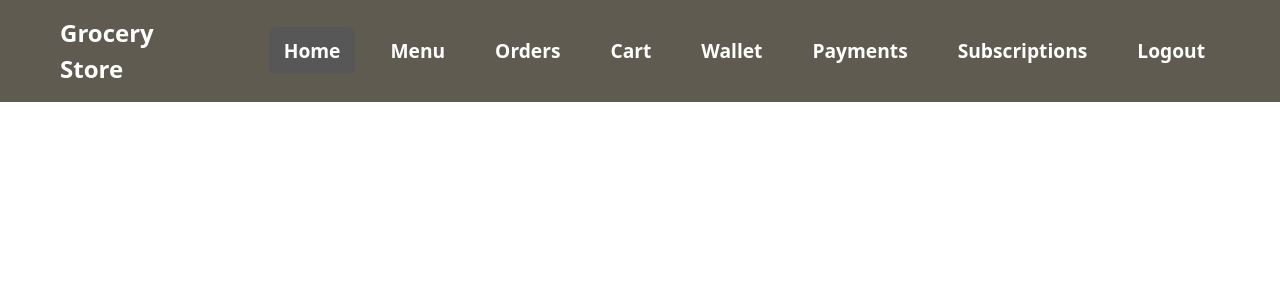
Repository: NagaMounikaY/GroceriesSubscriptionBookingManagement
Page: http://localhost/GroceriesSubBookingSystem/customerHeader.jsp
An editor plug-in stored every save of this project. The page is shown before and after the next save, followed by the edit.
The browser window is 1280 px wide. The pictures show the whole page.
The pointer rests on the first visible `header nav ul li a`.
The page is served by Tomcat 9. Other server files are loaded and not shown.

Above is the page before, as saved 2024-09-16 07:35:31.

### GroceriesSubBookingSystem/src/main/webapp/customerHeader.jsp
<%@ page language="java" contentType="text/html; charset=ISO-8859-1"
    pageEncoding="ISO-8859-1" isELIgnored="false"%>
<!DOCTYPE html PUBLIC "-//W3C//DTD HTML 4.01 Transitional//EN" "http://www.w3.org/TR/html4/loose.dtd">
<html>
<head>
<meta http-equiv="Content-Type" content="text/html; charset=ISO-8859-1">
<title>Courier Booking System</title>
<link href="https://stackpath.bootstrapcdn.com/bootstrap/5.3.0/css/bootstrap.min.css" rel="stylesheet">
<link rel="stylesheet" href="https://cdnjs.cloudflare.com/ajax/libs/font-awesome/4.7.0/css/font-awesome.min.css">
<style>
/* Header */
header {
    background: rgba(56, 51, 37, 0.8);
    color: #fff;
    padding: 15px 0;
    position: fixed;
    width: 100%;
    top: 0;
    left: 0;
    z-index: 1000;
}

header .container {
    display: flex;
    justify-content: space-between;
    align-items: center;
    max-width: 1200px;
    margin: 0 auto;
    padding: 0 20px;
}

header .logo {
    font-size: 1.5em; /* Increased size for the logo */
    font-weight: bold;
}

header nav ul {
    list-style: none;
    display: flex;
    margin: 0;
}

header nav ul li {
    margin-left: 20px;
}

header nav ul li a {
    color: #fff;
    text-decoration: none;
    padding: 10px 15px; /* Increased padding for better click area */
    font-size: 1.2em; /* Increased font size for navigation links */
    border-radius: 5px;
}

header nav ul li a:hover {
    background: #575757;
}
</style>
</head>
<body>
  <!-- Header -->
    <header>
        <div class="container">
            <div class="logo"> Grocery Store</div>
            <nav>
                <ul>
                    <li><a href="${pageContext.request.contextPath}/home.jsp"><strong>Home</strong></a></li>
                    <li><a href="${pageContext.request.contextPath}/groceries/list"><strong>Menu</strong></a></li>
                    <li><a href="${pageContext.request.contextPath}/orders/viewOrders"><strong>Orders</strong></a></li>
					<li><a href="${pageContext.request.contextPath}/orders/cart"><strong>Cart</strong></a>
					<li><a href="${pageContext.request.contextPath}/wallets/wallet"><strong>Wallet</strong></a>
					<li><a href="${pageContext.request.contextPath}/payment/history"><strong>Payments</strong></a>
					<li><a href="${pageContext.request.contextPath}/subscription/subscriptionlist"><strong>Subscriptions</strong></a>
                    <li><a href="${pageContext.request.contextPath}/home.jsp"><strong>Logout</strong></a></li>
                </ul>
            </nav>
        </div>
    </header>

    <script src="https://code.jquery.com/jquery-3.5.1.slim.min.js"></script>
    <script src="https://cdn.jsdelivr.net/npm/@popperjs/core@2.11.6/dist/umd/popper.min.js"></script>
    <script src="https://stackpath.bootstrapcdn.com/bootstrap/5.3.0/js/bootstrap.bundle.min.js"></script>
</body>
</html>

After the next save:
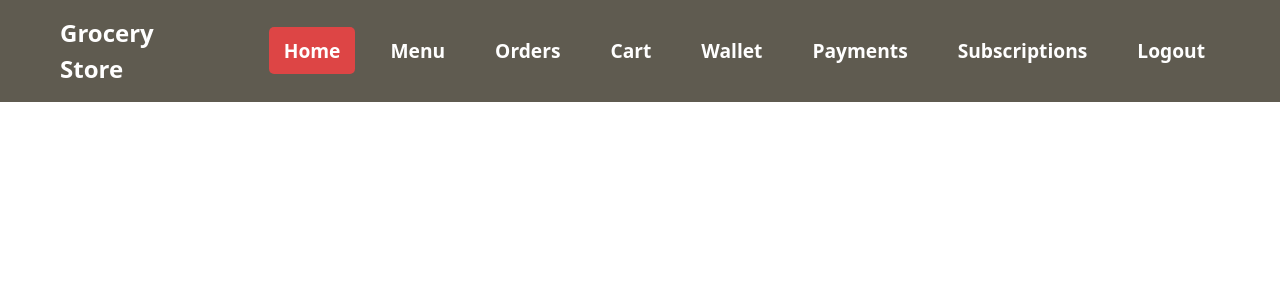
Saved 70 s later.
--- a/GroceriesSubBookingSystem/src/main/webapp/customerHeader.jsp
+++ b/GroceriesSubBookingSystem/src/main/webapp/customerHeader.jsp
@@ -53,7 +53,7 @@
 }
 
 header nav ul li a:hover {
-    background: #575757;
+    background: #dd4545;
 }
 </style>
 </head>
